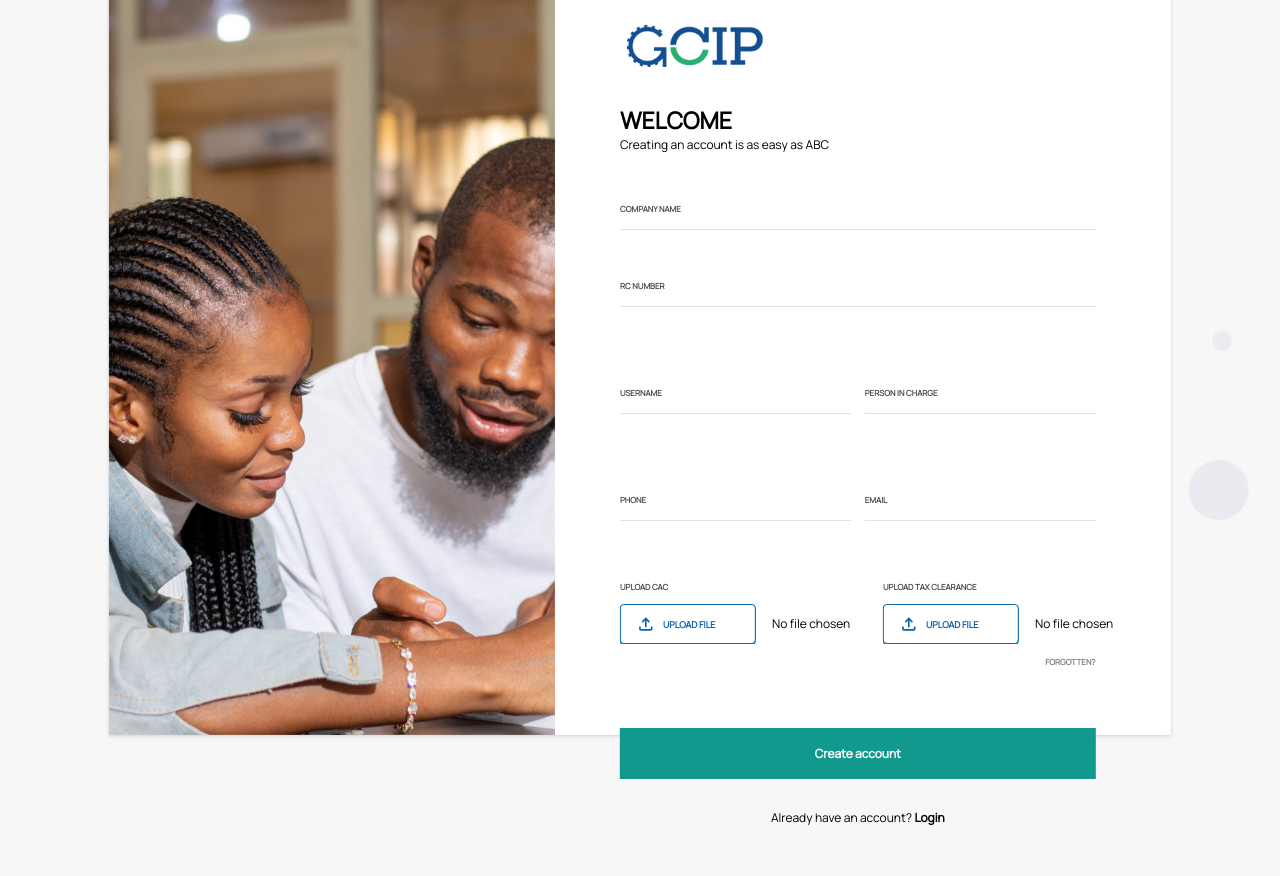
Repository: mualiyu/GCIP-Applicant-Portal
Page: /signup
An editor plug-in stored every save of this project. The page is shown before and after the next save, followed by the edit.
The browser window is 1280 px wide. The pictures show the whole page.
The project was rebuilt for these pictures with package versions that can differ from the ones it lists, and the page was loaded fresh each time. Also part of the build but not shown: vite.config.ts, src/pages/styles/login.css, src/components/Common.tsx, src/components/styles/input.css, src/components/Input.tsx, src/components/styles/button.css, src/assets/Colors/Colors.ts, src/components/Button.tsx and 83 more.

Above is the page before, as saved 2024-03-13 05:38:05.

After the next save:
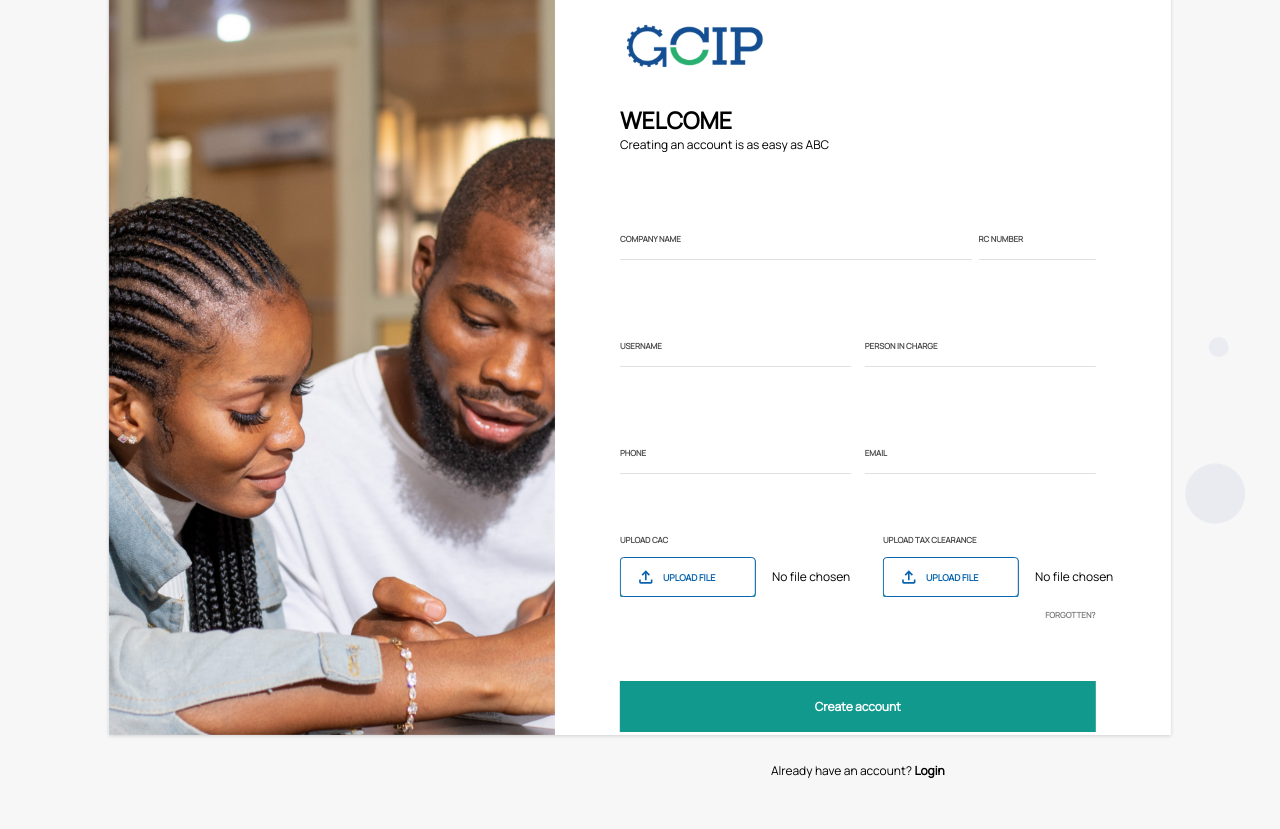
Saved 59 s later.
--- a/src/pages/SignUp.tsx
+++ b/src/pages/SignUp.tsx
@@ -123,7 +123,8 @@ function Login() {
               <h2 className="title mt-xl heading">Welcome </h2>
               <p className="sub_title mb-xl"> Creating an account is as easy as ABC</p>
 
-              <div className="form__group field col-12">
+              <div className="flex">
+                            <div className="form__group field col-9 mr-sm">
                 <input
                   type="input"
                   className="form__field"
@@ -137,7 +138,7 @@ function Login() {
                   Company Name
                 </label>
               </div>
-              <div className="form__group field col-12">
+              <div className="form__group field col-3">
                 <input
                   type="input"
                   className="form__field"
@@ -151,6 +152,10 @@ function Login() {
                   RC Number
                 </label>
               </div>
+              </div>
+
+
+
               <div className="flex">
                             <div className="form__group field col-12 mr-sm">
                                 <input type="input" className="form__field" placeholder="" value={formik.values.username}
